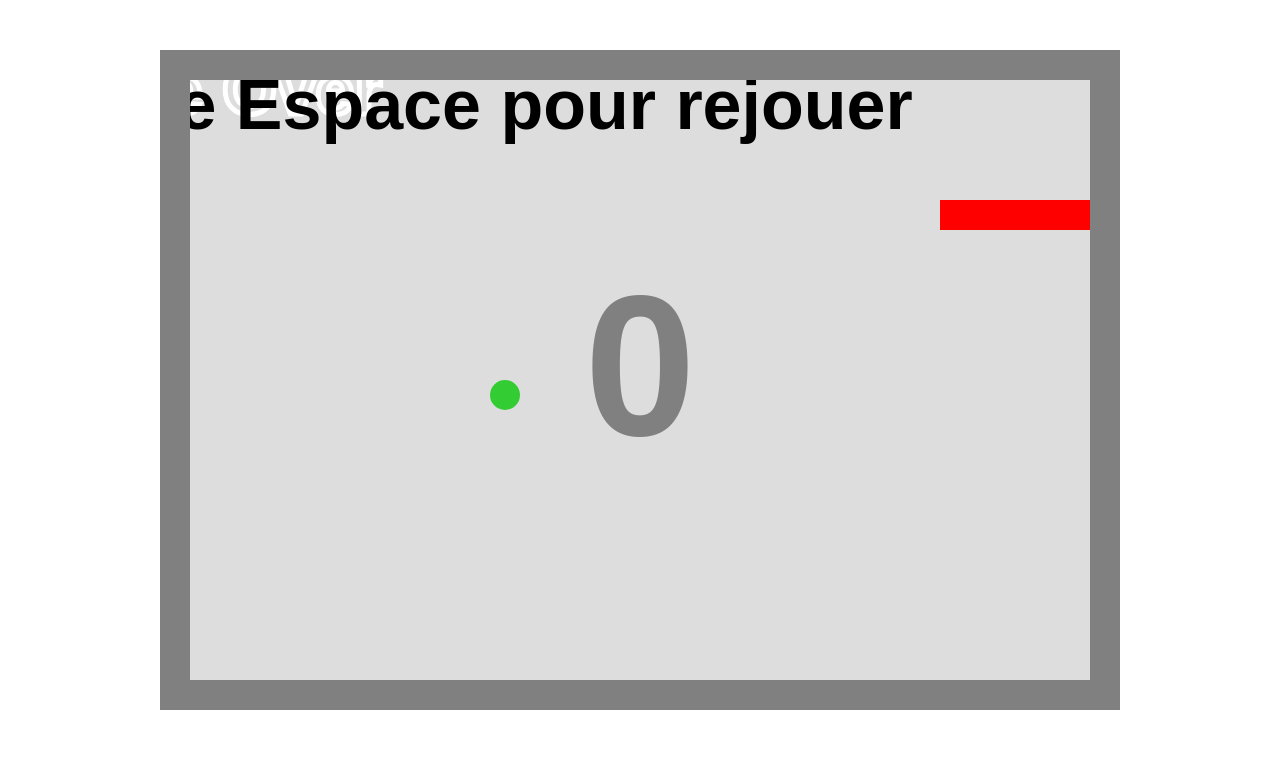
Repository: laben35/snake
Page: index.html
An editor plug-in stored every save of this project. The page is shown before and after the next save, followed by the edit.
The browser window is 1280 px wide. The pictures show the whole page.

Above is the page before, as saved 2019-12-08 19:10:20.

After the next save:
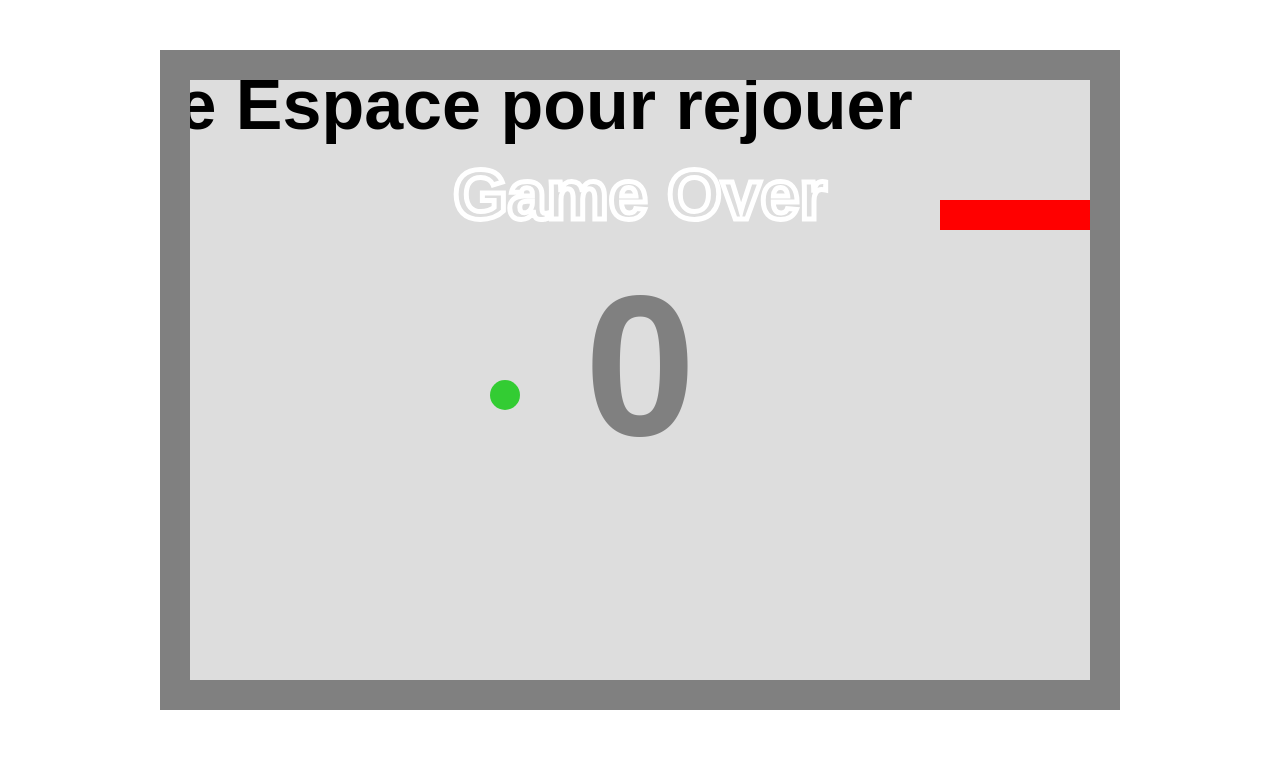
Saved 6 min 28 s later.
--- a/script.js
+++ b/script.js
@@ -70,7 +70,7 @@ window.onload = function()
         ctx.lineWidth = 5;
         var centreX = canvasWidth / 2;
         var centreY = canvasHeight / 2;
-        ctx.strokeText("Game Over", 5, 15);
+        ctx.strokeText("Game Over", centreX, centreY -180);
         ctx.fillText("Appuyer sur la touche Espace pour rejouer", 5, 30);
         ctx.restore();
     }
